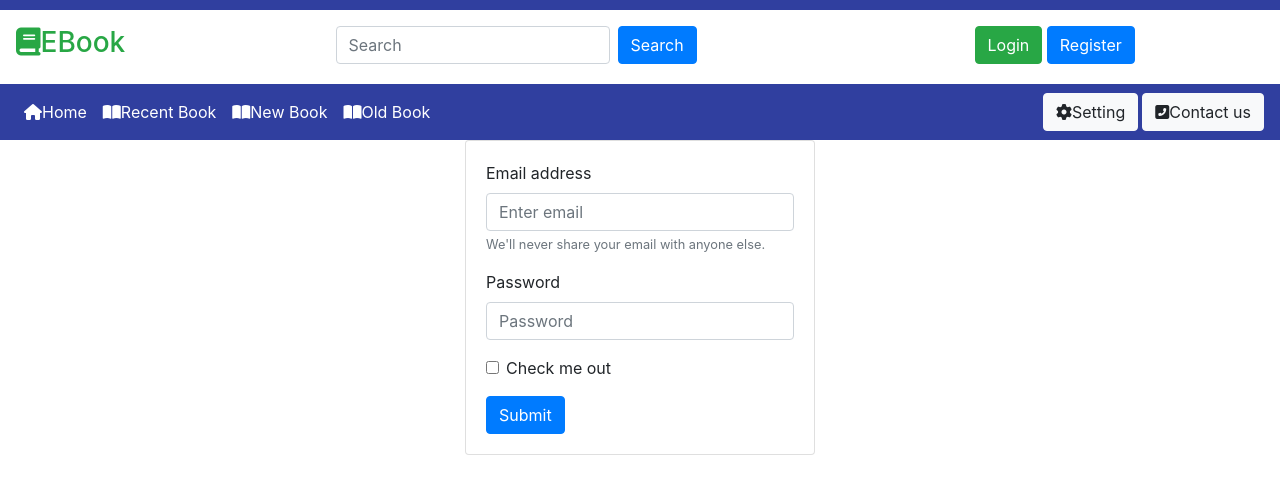
Repository: DaoThanhLam/eProjectKy4
Page: http://localhost/bookma_pro/login.jsp
These files come from the project's save history. The page is drawn as it stood at one moment and after the next save; the edit follows.
The browser window is 1280 px wide. The pictures show the whole page.
Some web libraries are served in a nearby version. The page is served by Tomcat 9.

Above is the page before, as saved 2024-11-16 08:08:39.

### bookma_pro/src/main/webapp/login.jsp
<%@ page language="java" contentType="text/html; charset=ISO-8859-1"
    pageEncoding="ISO-8859-1"%>
<!DOCTYPE html>
<html>
<head>
<meta charset="ISO-8859-1">
<title>Insert title here</title>
<%@include file="components/css.jsp"%>
</head>
<body>
<%@include file="components/navbar.jsp"%>

<div class="container">
	<div class="row">
		<div class="col-md-4 offset-md-4">
			<div class="card">
				<div class="card-body">
					<form>
  						<div class="form-group">
    						<label for="exampleInputEmail1">Email address</label>
    						<input type="email" class="form-control" id="exampleInputEmail1" aria-describedby="emailHelp" placeholder="Enter email">
    						<small id="emailHelp" class="form-text text-muted">We'll never share your email with anyone else.</small>
  						</div>
  						<div class="form-group">
    						<label for="exampleInputPassword1">Password</label>
    						<input type="password" class="form-control" id="exampleInputPassword1" placeholder="Password">
  						</div>
  						<div class="form-group form-check">
    						<input type="checkbox" class="form-check-input" id="exampleCheck1">
    						<label class="form-check-label" for="exampleCheck1">Check me out</label>
  						</div>
  						<button type="submit" class="btn btn-primary">Submit</button>
					</form>
				</div>
			</div>
		</div>
	</div>
</div>


</body>
</html>

### bookma_pro/src/main/webapp/components/css.jsp
<link rel="stylesheet" href="https://cdn.jsdelivr.net/npm/bootstrap@4.3.1/dist/css/bootstrap.min.css" integrity="sha384-ggOyR0iXCbMQv3Xipma34MD+dH/1fQ784/j6cY/iJTQUOhcWr7x9JvoRxT2MZw1T" crossorigin="anonymous">

<script src="https://code.jquery.com/jquery-3.3.1.slim.min.js" integrity="sha384-q8i/X+965DzO0rT7abK41JStQIAqVgRVzpbzo5smXKp4YfRvH+8abtTE1Pi6jizo" crossorigin="anonymous"></script>

<script src="https://cdn.jsdelivr.net/npm/popper.js@1.14.7/dist/umd/popper.min.js" integrity="sha384-UO2eT0CpHqdSJQ6hJty5KVphtPhzWj9WO1clHTMGa3JDZwrnQq4sF86dIHNDz0W1" crossorigin="anonymous"></script>

<script src="https://cdn.jsdelivr.net/npm/bootstrap@4.3.1/dist/js/bootstrap.min.js" integrity="sha384-JjSmVgyd0p3pXB1rRibZUAYoIIy6OrQ6VrjIEaFf/nJGzIxFDsf4x0xIM+B07jRM" crossorigin="anonymous"></script>

<link rel="stylesheet" href="https://cdnjs.cloudflare.com/ajax/libs/font-awesome/6.6.0/css/all.min.css" integrity="sha512-Kc323vGBEqzTmouAECnVceyQqyqdsSiqLQISBL29aUW4U/M7pSPA/gEUZQqv1cwx4OnYxTxve5UMg5GT6L4JJg==" crossorigin="anonymous" referrerpolicy="no-referrer" />

<link rel="stylesheet" href="components/style.css">

### bookma_pro/src/main/webapp/components/navbar.jsp
<div class="container-fluid" style="height: 10px; background-color: #303f9f"></div>

<div class="container-fluid p-3">
	<div class="row" >
		<div class="col-md-3 text-success">
			<h3><i class="fas fa-book"></i>EBook</h3>
		</div>
		<div class="col-md-6">
	  		<form class="form-inline my-2 my-lg-0">
      			<input class="form-control mr-sm-2" type="search" placeholder="Search" aria-label="Search">
      			<button class="btn btn-primary my-2 my-sm-0" type="submit">Search</button>
    		</form>
		</div>

			<div class="col-md-3">
			<a href="login.jsp" class="btn btn-success">Login</a>
			<a href="register.jsp" class="btn btn-primary text-white">Register</a>
			</div>

	</div>
</div>

<nav class="navbar navbar-expand-lg navbar-dark bg-custom">
  <button class="navbar-toggler" type="button" data-toggle="collapse" data-target="#navbarSupportedContent" aria-controls="navbarSupportedContent" aria-expanded="false" aria-label="Toggle navigation">
    <span class="navbar-toggler-icon"></span>
  </button>

  <div class="collapse navbar-collapse" id="navbarSupportedContent">
    <ul class="navbar-nav mr-auto">
      <li class="nav-item active">
        <a class="nav-link" href="#">
        	<i class="fas fa-home"></i>Home <span class="sr-only">(current)</span>
        </a>
      </li>
      <li class="nav-item active">
        <a class="nav-link" href="#"><i class="fas fa-book-open"></i>Recent Book</a>
      </li>
      <li class="nav-item active">
        <a class="nav-link" href="#"><i class="fas fa-book-open"></i>New Book</a>
      </li>

      <li class="nav-item active">
        <a class="nav-link disabled" href="#" tabindex="-1" aria-disabled="true"><i class="fas fa-book-open"></i>Old Book</a>
      </li>
    </ul>
    <form class="form-inline my-2 my-lg-0">
      <button class="btn btn-light my-2 my-sm-0" type="submit"><i class="fas fa-cog"></i>Setting</button>
      <button class="btn btn-light my-2 my-sm-0 ml-1" type="submit"><i class="fas fa-phone-square-alt"></i>Contact us</button>
    </form>
  </div>
</nav>

### bookma_pro/src/main/webapp/components/style.css
.bg-custom{
	background-color: #303f9f;
}
.navbar .nav-item:hover .nav-link{
	background-color: white;
	color:  #303f9f;
	border-radius: 10px;
}

After the next save:
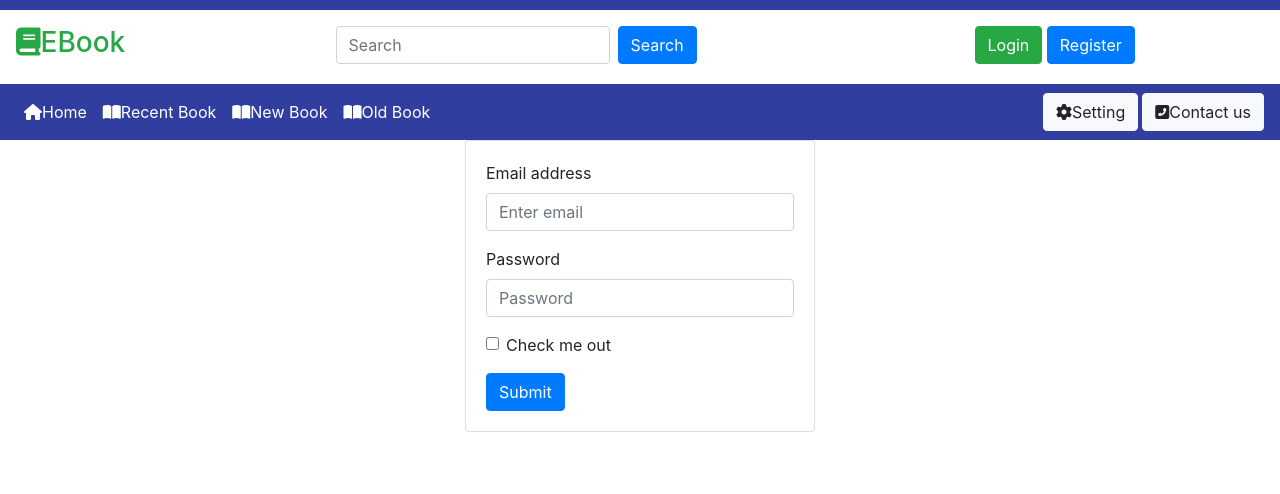
Saved 21 s later.
--- a/bookma_pro/src/main/webapp/login.jsp
+++ b/bookma_pro/src/main/webapp/login.jsp
@@ -19,7 +19,6 @@
   						<div class="form-group">
     						<label for="exampleInputEmail1">Email address</label>
     						<input type="email" class="form-control" id="exampleInputEmail1" aria-describedby="emailHelp" placeholder="Enter email">
-    						<small id="emailHelp" class="form-text text-muted">We'll never share your email with anyone else.</small>
   						</div>
   						<div class="form-group">
     						<label for="exampleInputPassword1">Password</label>
